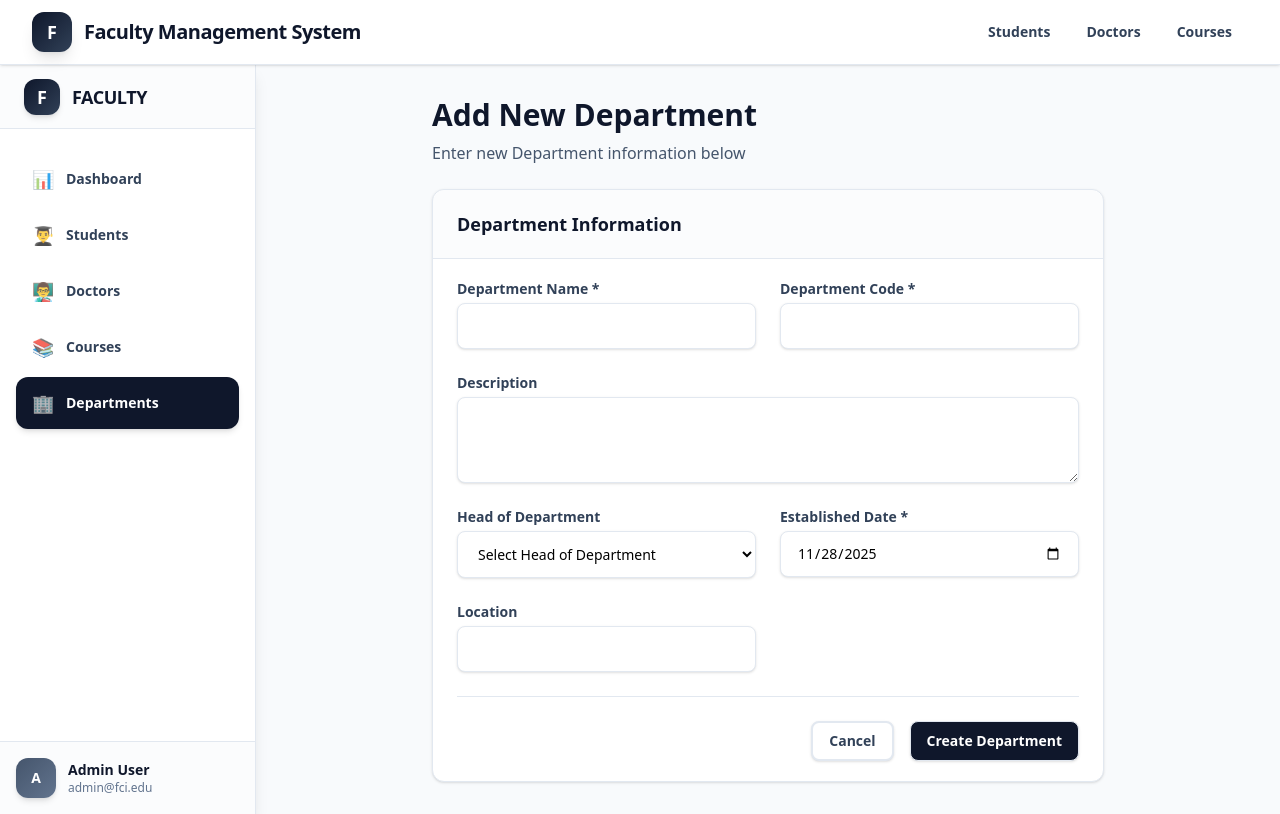
Repository: Mohamedmohsen179/Advanced-DB-Task
Page: /departments/new (app in frontend/)
An editor plug-in stored every save of this project. The page is shown before and after the next save, followed by the edit.
The browser window is 1280 px wide. The pictures show the whole page.
The page's requests for data from a server got no answer. The project was rebuilt for these pictures with package versions that can differ from the ones it lists, and the page was loaded fresh each time. The framework's server and built-in components were replaced by stand-ins that run in the browser. No one was signed in, and anything a server would have sent is missing. Also part of the build but not shown: frontend/next.config.ts.

Above is the page before, as saved 2025-11-29 01:32:50.

After the next save:
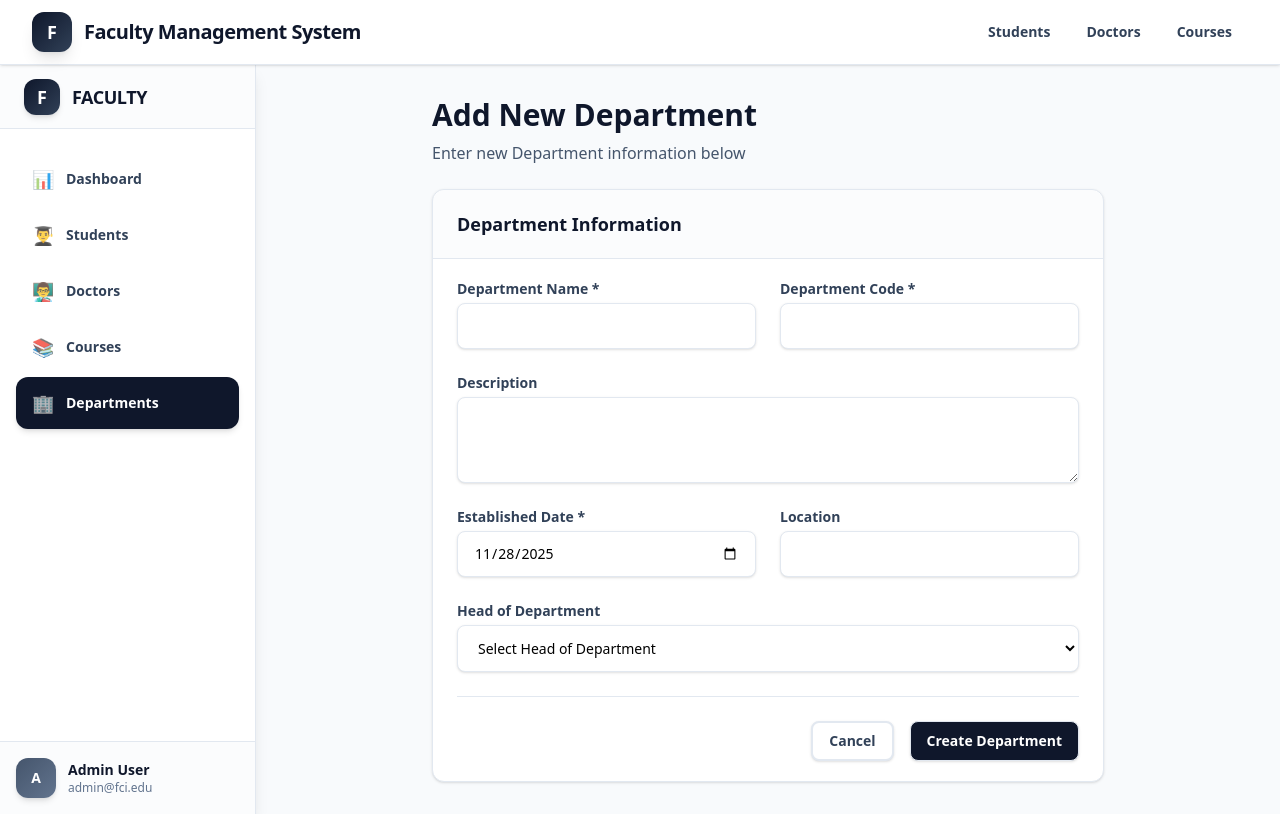
Saved 44 s later.
--- a/frontend/app/departments/new/page.tsx
+++ b/frontend/app/departments/new/page.tsx
@@ -144,26 +144,6 @@ export default function NewDepartmentPage() {
               </div>
 
               <div>
-                <label htmlFor="headOfDepartmentId" className="block text-sm font-semibold text-slate-700">
-                  Head of Department
-                </label>
-                <select
-                  id="headOfDepartmentId"
-                  name="headOfDepartmentId"
-                  value={formData.headOfDepartmentId || ''}
-                  onChange={handleInputChange}
-                  className="text-black mt-1 block w-full border border-slate-300 rounded-lg px-4 py-3 text-sm focus:outline-none focus:ring-2 focus:ring-slate-500 focus:border-slate-500 transition-all duration-200 bg-white shadow-sm"
-                >
-                  <option value="">Select Head of Department</option>
-                  {doctors.map(doctor => (
-                    <option key={doctor.id} value={doctor.id}>
-                      Dr. {doctor.firstName} {doctor.lastName}
-                    </option>
-                  ))}
-                </select>
-              </div>
-
-              <div>
                 <label htmlFor="establishedDate" className="block text-sm font-semibold text-slate-700">
                   Established Date *
                 </label>
@@ -191,6 +171,26 @@ export default function NewDepartmentPage() {
                   className="text-black mt-1 block w-full border border-slate-300 rounded-lg px-4 py-3 text-sm focus:outline-none focus:ring-2 focus:ring-slate-500 focus:border-slate-500 transition-all duration-200 bg-white shadow-sm"
                 />
               </div>
+            </div>
+
+            <div>
+              <label htmlFor="headOfDepartmentId" className="block text-sm font-semibold text-slate-700">
+                Head of Department
+              </label>
+              <select
+                id="headOfDepartmentId"
+                name="headOfDepartmentId"
+                value={formData.headOfDepartmentId || ''}
+                onChange={handleInputChange}
+                className="text-black mt-1 block w-full border border-slate-300 rounded-lg px-4 py-3 text-sm focus:outline-none focus:ring-2 focus:ring-slate-500 focus:border-slate-500 transition-all duration-200 bg-white shadow-sm"
+              >
+                <option value="">Select Head of Department</option>
+                {doctors.map(doctor => (
+                  <option key={doctor.id} value={doctor.id}>
+                    Dr. {doctor.firstName} {doctor.lastName}
+                  </option>
+                ))}
+              </select>
             </div>
 
             <div className="flex justify-end space-x-4 pt-6 border-t border-slate-200">
